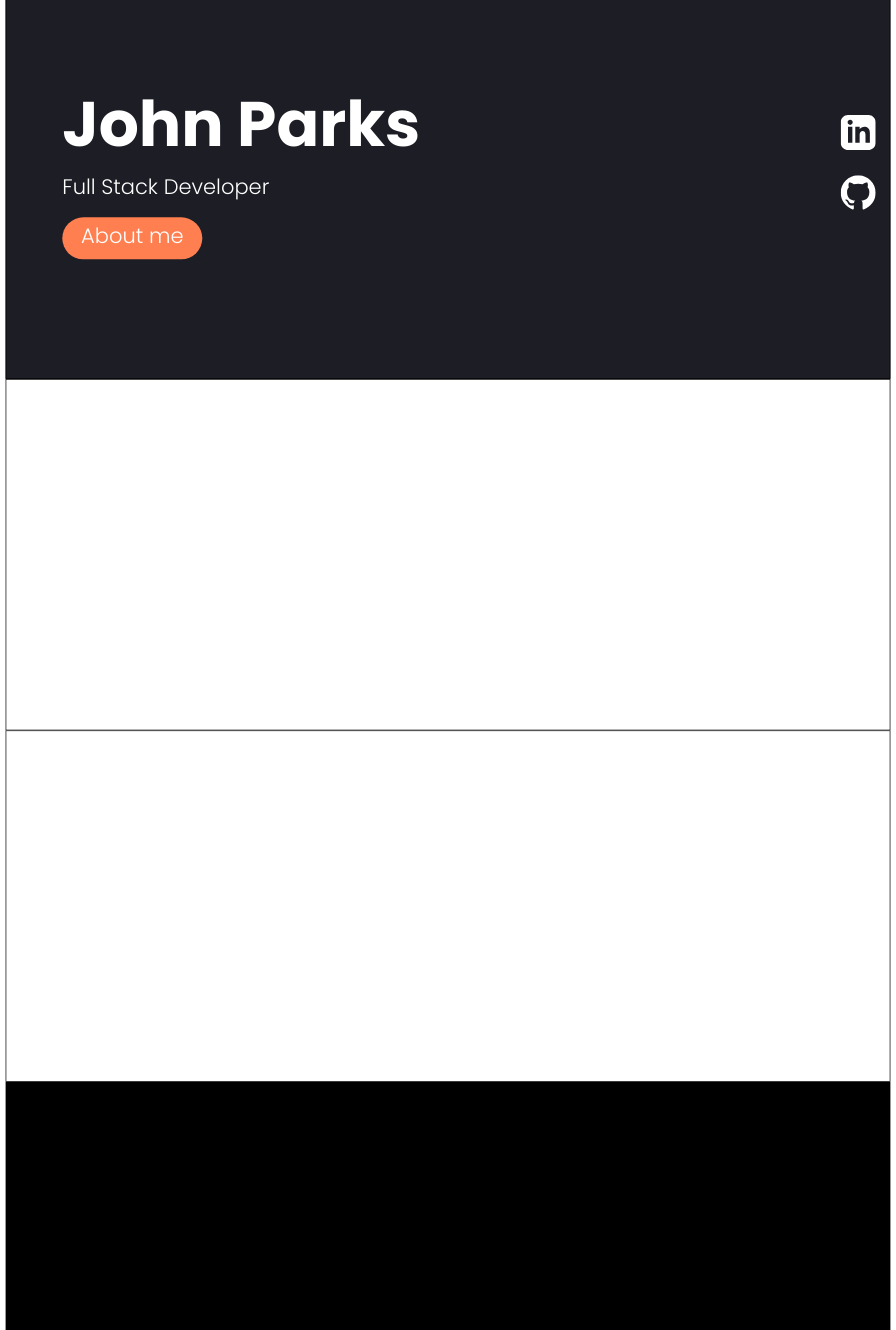
Repository: Jcparks84/Portfolio
Page: index.html
An editor plug-in stored every save of this project. The page is shown before and after a run of saves, followed by the edit.
The browser window is 1280 px wide. The pictures show the part of the page from y = 189 to 2089 px (the page is 2242 px tall), at 70% of full size.
A picture or video elsewhere on the page could not be fetched, so the positions and the page height are approximate.

Above is the page before, as saved 2022-08-10 15:17:40.

### index.html
<!DOCTYPE html>
<html>
    <head>
        <link rel="stylesheet" href="src/styles.css"/>
        <link rel="preconnect" href="https://fonts.googleapis.com">
        <link rel="preconnect" href="https://fonts.gstatic.com" crossorigin>
        <link href="https://fonts.googleapis.com/css2?family=Poppins:wght@300;400;600;700;800&display=swap" rel="stylesheet">
        <title>Portfolio</title>
        <meta charset="UTF-8" />
    </head>
    <body>
        <section class="hero">
            <nav>
                <img class="logo" src="src/images/coding-png-11.png" alt="John's Logo"/>
                <ul>
                    <li>About Me</li>
                    <li>Projects</li>
                    <li>Contact Me</li>
                </ul>
            </nav>
            <div class="hero-area">
                <div class="hero-text">
                <h1>John Parks</h1>
                <p>Full Stack Developer</p>
                <div class="button">About me</div>
            </div>
            <div class="socials">
                <div href="" class="social">
                    <svg xmlns="http://www.w3.org/2000/svg" fill="#ffffff" width="50" height="50" viewBox="0 0 24 24"><path d="M19 0h-14c-2.761 0-5 2.239-5 5v14c0 2.761 2.239 5 5 5h14c2.762 0 5-2.239 5-5v-14c0-2.761-2.238-5-5-5zm-11 19h-3v-11h3v11zm-1.5-12.268c-.966 0-1.75-.79-1.75-1.764s.784-1.764 1.75-1.764 1.75.79 1.75 1.764-.783 1.764-1.75 1.764zm13.5 12.268h-3v-5.604c0-3.368-4-3.113-4 0v5.604h-3v-11h3v1.765c1.396-2.586 7-2.777 7 2.476v6.759z"/></svg>
                </div>
                <div class="social">
                    <svg xmlns="http://www.w3.org/2000/svg" fill="#ffffff" width="50" height="50" viewBox="0 0 24 24"><path d="M12 0c-6.626 0-12 5.373-12 12 0 5.302 3.438 9.8 8.207 11.387.599.111.793-.261.793-.577v-2.234c-3.338.726-4.033-1.416-4.033-1.416-.546-1.387-1.333-1.756-1.333-1.756-1.089-.745.083-.729.083-.729 1.205.084 1.839 1.237 1.839 1.237 1.07 1.834 2.807 1.304 3.492.997.107-.775.418-1.305.762-1.604-2.665-.305-5.467-1.334-5.467-5.931 0-1.311.469-2.381 1.236-3.221-.124-.303-.535-1.524.117-3.176 0 0 1.008-.322 3.301 1.23.957-.266 1.983-.399 3.003-.404 1.02.005 2.047.138 3.006.404 2.291-1.552 3.297-1.23 3.297-1.23.653 1.653.242 2.874.118 3.176.77.84 1.235 1.911 1.235 3.221 0 4.609-2.807 5.624-5.479 5.921.43.372.823 1.102.823 2.222v3.293c0 .319.192.694.801.576 4.765-1.589 8.199-6.086 8.199-11.386 0-6.627-5.373-12-12-12z"/></svg>
                </div>
            </div>
        </div>
        </section>
        <section></section>
        <section></section>
        <footer></footer>

        <script src="src/app.js"></script>
    </body>
</html>

### src/styles.css
body {
    font-family: 'Poppins', sans-serif;

}

section {
    height: 500px;
    background-color: white;
    border: solid black 1px;
}

.hero {
    background-color: #1c1d25;
    height: 100vh;
    color: white;
    font-size: 40px;
}

footer {
    height: 500px;
    background-color: black;
}

nav {
    display: flex;
    justify-content: space-between;
}

ul {
    display: flex;
    list-style-type: none;
    width: 500px;
    justify-content: space-around;
    font-size: 30px;
}

li {
    text-decoration: none;
}

h1 {
    font-size: 90px;
    margin: 0;
}

p {
    margin: 0;
    font-size: 30px;
    font-weight: 300;
}

.hero-area {
    display: flex;
    height: 100%;
    justify-content: space-between;
    align-items: center;
}

.hero-text {
    margin-left: 80px;
    margin-bottom: 200px;
}

.button {
    width: 200px;
    height: 55px;
    border-radius: 30px;
    background-color: coral;
    text-align: center;
    font-size: 30px;
    font-weight: 300;
    padding-top: 5px;
    margin-top: 20px;
}

.button:hover {
    background-color: #ef744b;
}

.button:active {
    background-color: #A9A9A9;
    color: #808080;
}

.socials {
    padding-bottom: 200px;
}

.logo {
    height: 100px;
    margin: 30px;
}

.social {
    margin: 20px
}

Loaded but not shown: src/app.js (no stored copy; drawn as an empty file)

After the next 3 saves:
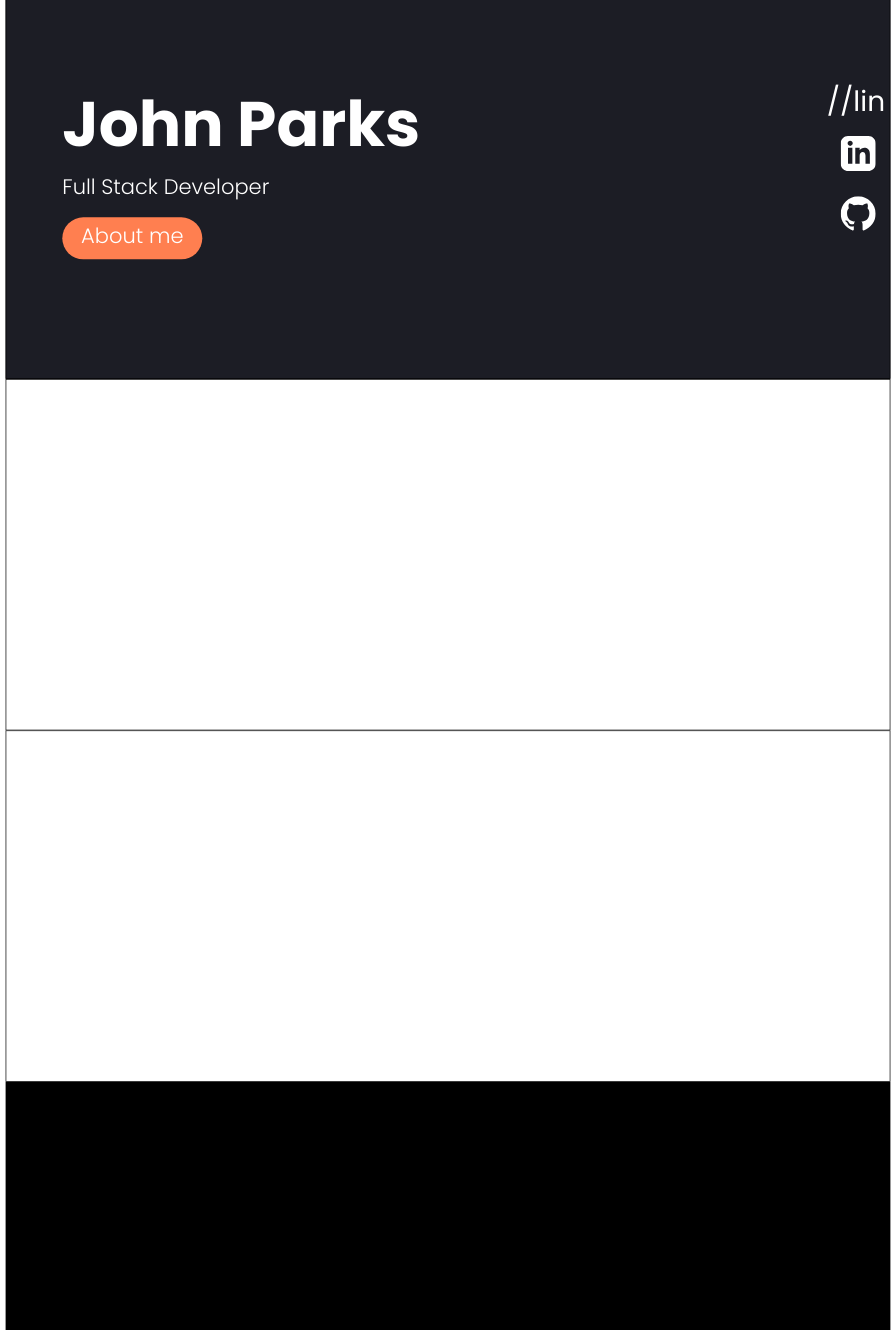
The 3 saves are shown as one change because they came seconds apart.
The last was saved 31 s later.
--- a/index.html
+++ b/index.html
@@ -25,6 +25,7 @@
                 <div class="button">About me</div>
             </div>
             <div class="socials">
+                //lin
                 <div href="" class="social">
                     <svg xmlns="http://www.w3.org/2000/svg" fill="#ffffff" width="50" height="50" viewBox="0 0 24 24"><path d="M19 0h-14c-2.761 0-5 2.239-5 5v14c0 2.761 2.239 5 5 5h14c2.762 0 5-2.239 5-5v-14c0-2.761-2.238-5-5-5zm-11 19h-3v-11h3v11zm-1.5-12.268c-.966 0-1.75-.79-1.75-1.764s.784-1.764 1.75-1.764 1.75.79 1.75 1.764-.783 1.764-1.75 1.764zm13.5 12.268h-3v-5.604c0-3.368-4-3.113-4 0v5.604h-3v-11h3v1.765c1.396-2.586 7-2.777 7 2.476v6.759z"/></svg>
                 </div>
